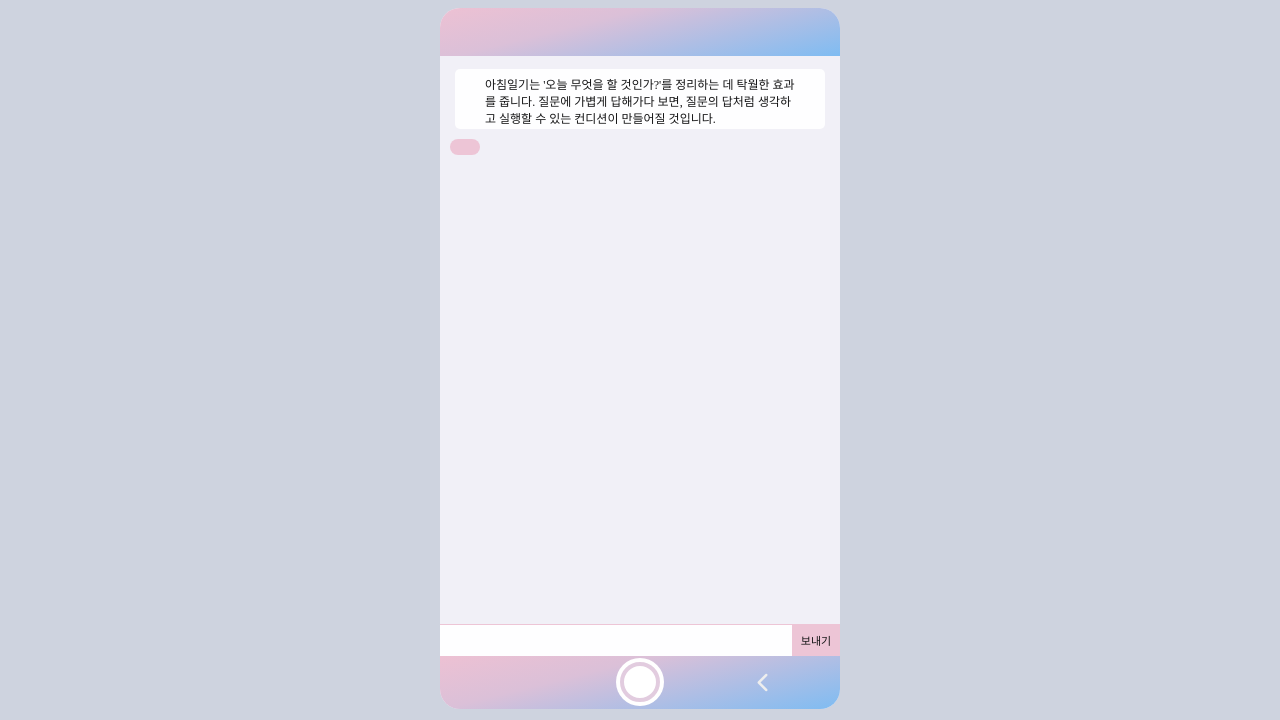
Repository: jinhee196/diary
Page: index.html
The author's editor kept a copy of each file at every save. The page is drawn from the files as they stood at one save, then again after the next save.
The browser window is 1280 px wide. The pictures show the whole page.
After loading, the first visible `button.note2` was clicked once.
Some web fonts or font styles are not loaded; a fallback is used. Some web libraries are served in a nearby version.

Above is the page before, as saved 2021-06-05 17:04:04.
Console error: TypeError: Cannot read properties of undefined (reading 'q')

### index.html
<!DOCTYPE html>
<html lang="ko">
<head>
    <meta charset="UTF-8">
    <meta http-equiv="X-UA-Compatible" content="IE=edge">
    <meta name="viewport" content="width=device-width, initial-scale=1.0">
    <title>secret Note</title>
    <script src="https://kit.fontawesome.com/ef20572bd9.js" crossorigin="anonymous"></script>
    <link rel="stylesheet" href="style.css">
    <link rel="preconnect" href="https://fonts.gstatic.com">
<link href="https://fonts.googleapis.com/css2?family=Hi+Melody&family=Nanum+Brush+Script&display=swap" rel="stylesheet">
    <script src="js/main.js" defer></script>
    <script src="js/data.js"></script>
</head>
<body>
  <div class="container">
      <header class="header"></header>

      <section id="main">
        <h1 class="main__title">SECRET DIARY</h1>
        <p class="main__desc">작가 Bodo Schaefer의 &#60;멘탈의 연금술&#62;을 바탕으로 만든 일기장입니다.
                              책의 내용을 토대로 전략적인 일기를 써보세요:) 긍정적인 삶으로 나아갈 수 있을 것입니다. </p>
        <button class="note1">일기쓰기</button>
        <button class="note2">아침일기</button>
        <button class="note3">걱정과 두려움을 <br>다루는 방법</button>
      </section>

      <section id="daily">
        <div class="daily__weather"></div>
        <div class="daily__emotion"></div>
        <div class="daily__Note">
          <button class="daily__submit">완료</button>
          <input class="daily__title" placeholder="제목을 입력하세요"></input>
          <textarea class="daily__text"></textarea>

        </div>
      </section>

      <section id="morning">
        <p class="desc">아침일기는 '오늘 무엇을 할 것인가?'를 정리하는 데 탁월한 효과를 줍니다. 질문에 가볍게 답해가다 보면,
          질문의 답처럼 생각하고 실행할 수 있는 컨디션이 만들어질 것입니다.  </p>
        <ul class="items">
          <!-- <li class="item">test</li>
          <li class="item-sub">subtest</li> -->
        </ul>
        <div class="message">
        <input type="text" class="footer__input" />
        <button class="footer__submit">보내기</button>
        </div>
    </section>

    <section id="list">
      <p class="desc">두려움과 걱정의 목록들을 리스트로 만들고 지속적으로 업데이트하세요.
        구체적으로 작성해 두려움을 잘게 쪼개다보면 엄습하는 두려움을 무력화시킬 수 있을 것입니다. </p>
      <ul class="items">
        <!-- <li class="item">test</li>
        <li class="item-sub">subtest</li> -->
      </ul>
      <div class="message">
      <input type="text" class="footer__input" />
      <button class="footer__submit">보내기</button>
      </div>
  </section>

    <footer class="footer">
      <button class="footer__button">
        <div class="circle"></div>
       </button>
       <i class="fas fa-chevron-left"></i>
     </footer>
  </div>
</body>
</html>

### style.css
* {
  box-sizing: border-box;
  font-family: "Hi Melody", cursive;
}
ul {
  padding: 0;
}

button {
  outline: none;
  background: transparent;
  border: none;
  cursor: pointer;
}
body {
  background-color: #ced3df;
  text-align: center;
}

section {
  height: 600px;
}
.container {
  width: 400px;
  margin: auto;
  background-color: #f1f0f7;
  border-radius: 20px;
}

.header {
  height: 48px;
  padding: 8px;
  font-size: 24px;
  background: rgba(237, 193, 211);

  background: linear-gradient(
    166deg,
    rgba(237, 193, 211, 1) 0%,
    rgba(219, 192, 216, 1) 35%,
    rgba(127, 188, 242, 1) 100%
  );

  border-radius: 20px 20px 0 0;
  color: #fff;
}

#main {
  display: flex; /*flex*/
  flex-direction: column;
  justify-content: center;
  align-items: center;
  overflow: hidden;
}
.main__title {
  font-family: "Nanum Brush Script", cursive;
  letter-spacing: 1px;
  font-size: 40px;
  color: #555;
}
.main__desc {
  padding: 0 30px;
  font-size: 18px;
  margin-bottom: 30px;
}
#main button {
  width: 130px;
  padding: 13px 15px;
  margin: 5px 0;
  border-radius: 10px;
  color: #222;
  font-size: 16px;
  transition: transform 300ms;
}
#main button:hover {
  transform: scale(1.1);
}
.note1 {
  background-color: rgba(219, 192, 216, 1);
}
.note2 {
  background-color: rgba(127, 188, 242, 1);
}
.note3 {
  background-color: rgba(219, 192, 216, 1);
}

#daily {
  display: none;
}
.daily__weather {
  display: none;
}
.daily__emotion {
  display: none;
  position: relative;
}
.daily__Note {
  display: none;
  width: 100%;
  height: 100%;
}
.daily__title {
  width: 100%;
  height: 10%;
  outline: none;
  padding: 20px;
  font-size: 22px;
  border: none;
  border-bottom: 1px solid #ddd;
}
.daily__text {
  width: 100%;
  height: 85%;
  line-height: 1.6;
  padding: 20px;
  outline: none;
  border: none;
  resize: none;
  font-size: 18px;
}
.daily__submit {
  height: 5%;
  font-size: 16px;
  color: #555;
  float: right;
  margin-right: 10px;
}
.daily__submit:hover {
  color: rgb(255, 110, 238);
}
#morning {
  display: none;
  overflow: hidden;
}
#list {
  display: none;
  overflow: hidden;
}
.desc {
  width: 370px;
  height: 60px;
  font-size: 12px;
  text-align: left;
  padding: 8px 30px;
  margin: 15px auto 0;
  background-color: #fff;
  border-radius: 5px;
  line-height: 1.4;
}
.items {
  height: 495px;
  overflow-y: auto;
  margin: 0;
  font-size: 20px;
}

.item {
  padding: 8px 15px;
  margin: 10px;
  border-radius: 15px;
  background: rgba(237, 193, 211);
  display: inline-block;
  float: left;
  clear: both;
}
.item-sub {
  padding: 8px 15px;
  margin: 10px;
  border-radius: 15px;
  background: rgba(127, 188, 242, 1);
  display: inline-block;
  float: right;
  clear: both;
}

.footer {
  background: rgba(237, 193, 211);

  background: linear-gradient(
    166deg,
    rgba(237, 193, 211, 1) 0%,
    rgba(219, 192, 216, 1) 35%,
    rgba(127, 188, 242, 1) 100%
  );
  border-radius: 0 0 20px 20px;
  position: relative;
}
.message {
  width: 100%;
}
.footer__input {
  width: 88%;
  height: 32px;
  border: none;
  outline: none;
  font-size: 20px;
  font-weight: 400;
  padding: 0 16px;
  float: left;
  border-top: 1px solid rgba(237, 193, 211);
}

.footer__submit {
  width: 12%;
  height: 32px;
  float: right;
  background-color: rgba(237, 193, 211);
  font-size: 11px;
  padding: 0;
}
.footer__button {
  width: 48px;
  height: 48px;
  background-color: #fff;
  border-radius: 50%;
  transition: transform 300ms ease-in;
  margin-top: 2px;
}
.circle {
  width: 40px;
  height: 40px;
  border: 4px solid rgba(219, 192, 216, 0.8);
  border-radius: 50%;
  margin-left: -2px;
}
.fa-chevron-left {
  font-size: 20px;
  color: #eee;
  position: absolute;
  right: 70px;
  top: 50%;
  transform: translateY(-50%);
  cursor: pointer;
}
.footer__button:hover {
  transform: scale(1.1);
}

@keyframes fadeIn {
  from {
    opacity: 0;
  }
  to {
    opacity: 1;
  }
}

@keyframes fadeOut {
  from {
    opacity: 1;
  }
  to {
    opacity: 0;
  }
}

.fadeIn {
  animation: fadeIn;
  animation-duration: 1s;
}

.fadeOut {
  animation: fadeOut;
  animation-duration: 1s;
}

### js/data.js
const morningList = [
  {
    q: '1. 나는 오늘 어떤 점이 가장 행복하겠는가?'
  },
  {
    q: '2. 오늘 내게 가장 큰 동기부여를 해주는 것은 무엇인가?'
  },
  {
    q: '3.오늘 무엇에 가장 감사해야 하겠는가?'
  },
  {
    q: '4.오늘 내게 직언과 조언을 해줄 사람들은 누구인가?'
  },
  {
    q: '5. 오늘 내 컨디션으로 볼 때 가장 잘해낼 것 같은 일은 무엇인가?'
  },
  {
    q: '6. 오늘 내가 꼭 알아야 할 것은 무엇인가?'
  },
  {
    q: '7. 오늘 두려움과 긴장을 유쾌하게 다뤄줄 필살기는 무엇인가?'
  },
  {
    q: '8. 오늘 꼭 해야할 과제 한 가지는 무엇인가?'
  }
]

const qnaList = [
  {
    q: '지금 가장 두려운 것이 무엇입니까?'
  },
  {
    q: '그것이 왜 두려우십니까? 구체적으로 작성해보세요.'
  },
  {
    q: '가장 큰 두려움에서부터 사소한 걱정까지 낱낱이 기록하세요.'
  }
]

const dailyNote = [
  {
    q: '지금의 날씨를 선택해주세요',
    a: [
      { answer: 'images/weather-icon-set_03.png'},
      { answer: 'images/weather-icon-set_05.png' },
      { answer: 'images/weather-icon-set_07.png' },
      { answer: 'images/weather-icon-set_13.png' },
      { answer: 'images/weather-icon-set_17.png' },
      { answer: 'images/weather-icon-set_21.png' },
    ]
  },
  {
    q: '지금의 기분을 골라보세요',
    a: [
      { answer: 'images/emtion_03.png' },
      { answer: 'images/emtion_05.png' },
      { answer: 'images/emtion_07.png' },
      { answer: 'images/emtion_12.png' },
      { answer: 'images/emtion_13.png' },
      { answer: 'images/emtion_14.png' },
      { answer: 'images/emtion_18.png' },
      { answer: 'images/emtion_19.png' },
      { answer: 'images/emtion_20.png' },
    ]
  }
]

### js/main.js
const note1 = document.querySelector('.note1');
const note2 = document.querySelector('.note2');
const note3 = document.querySelector('.note3');

const main = document.querySelector('#main');
const morning = document.querySelector('#morning');
const list = document.querySelector('#list');

const items = document.querySelector('.items');
const input = document.querySelector('.footer__input');
const addBtn = document.querySelector('.footer__submit');

// note1.addEventListener('click', () => {

// });


note2.addEventListener('click', ()=>{
    main.style.animation = "fadeOut 1s";
    setTimeout(() => {
      morning.style.animation = "fadeIn 1s";
      setTimeout(() => {
        main.style.display = "none";
        morning.style.display = "block";
        input.focus();
      }, 450)
      let qIdx = 0;
      goNext();
    }, 450);
});

note3.addEventListener('click', ()=>{
    main.style.animation = "fadeOut 1s";
    setTimeout(() => {
      list.style.animation = "fadeIn 1s";
      setTimeout(() => {
        main.style.display = "none";
        list.style.display = "block";
        input.focus();
      }, 450)
    }, 450);
});

function goNext(qIdx){


        const item = document.createElement('li');
        item.setAttribute('class', 'item');
        items.appendChild(item);

        item.innerHTML = morningList[qIdx].q;








  }

function onAdd() {
  const text = input.value;
  if (text === '') {
    input.focus();
    return;
  }
  const item = createItem(text); //function
  items.appendChild(item);
  item.scrollIntoView({ block: 'center' });
  input.value = '';
  input.focus();
}

function createItem(text) {
  const itemRow = document.createElement('li');
  itemRow.setAttribute('class', 'item-sub');
  itemRow.innerHTML = text;
  return itemRow;
}

addBtn.addEventListener('click', () => {
  onAdd();
});

input.addEventListener('keypress', event => {
  if (event.key === 'Enter') {
    onAdd();
  }
});

After the next save:
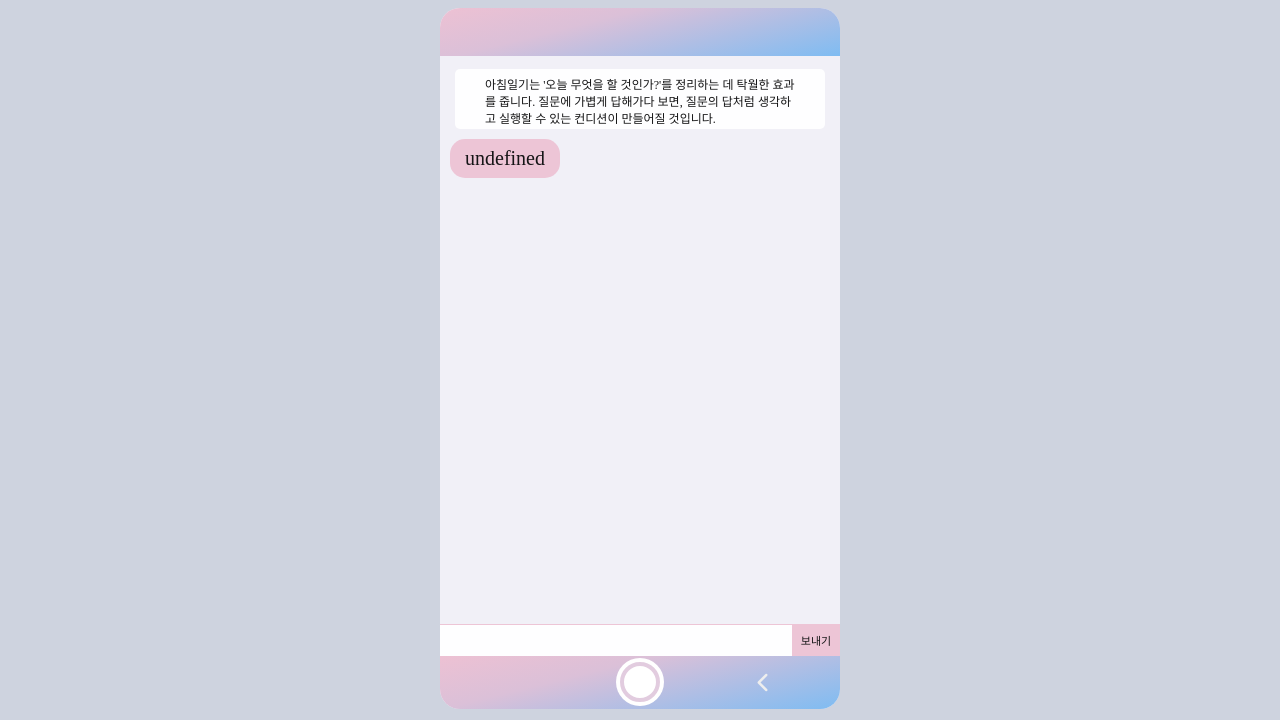
The error is gone.
Saved 24 s later.
--- a/js/main.js
+++ b/js/main.js
@@ -48,7 +48,7 @@ function goNext(qIdx){
         item.setAttribute('class', 'item');
         items.appendChild(item);
 
-        item.innerHTML = morningList[qIdx].q;
+        item.innerHTML = morningList[qIdx];
 
 
 
